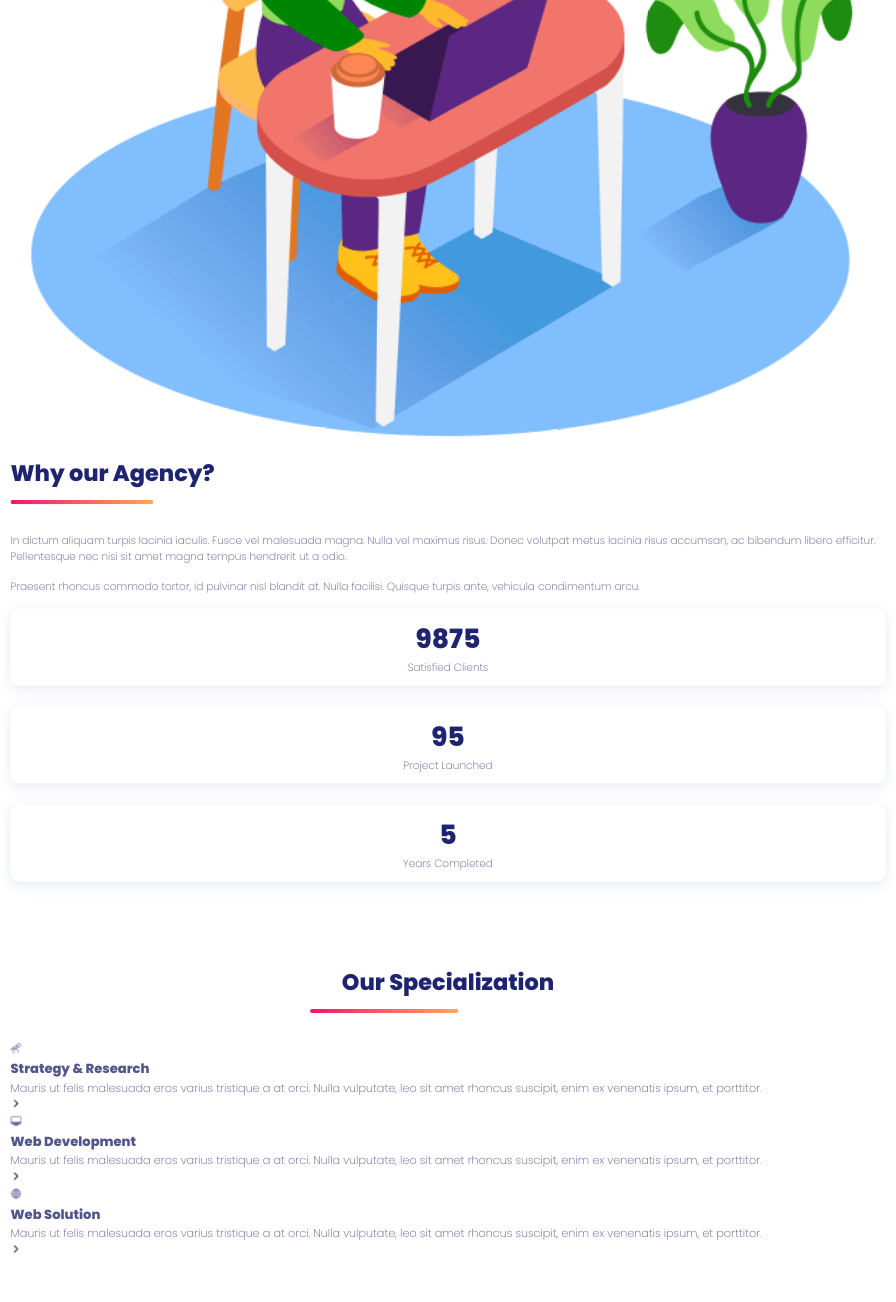
Repository: OmniaRafat232111121/agency
Page: index.html
These files come from the project's save history. The page is drawn as it stood at one moment and after a run of saves; the edit follows.
The browser window is 1280 px wide. The pictures show the part of the page from y = 1765 to 3685 px (the page is 3625 px tall before and 3685 px after), at 70% of full size.

Above is the page before, as saved 2022-10-28 23:25:46.

After the next 19 saves:
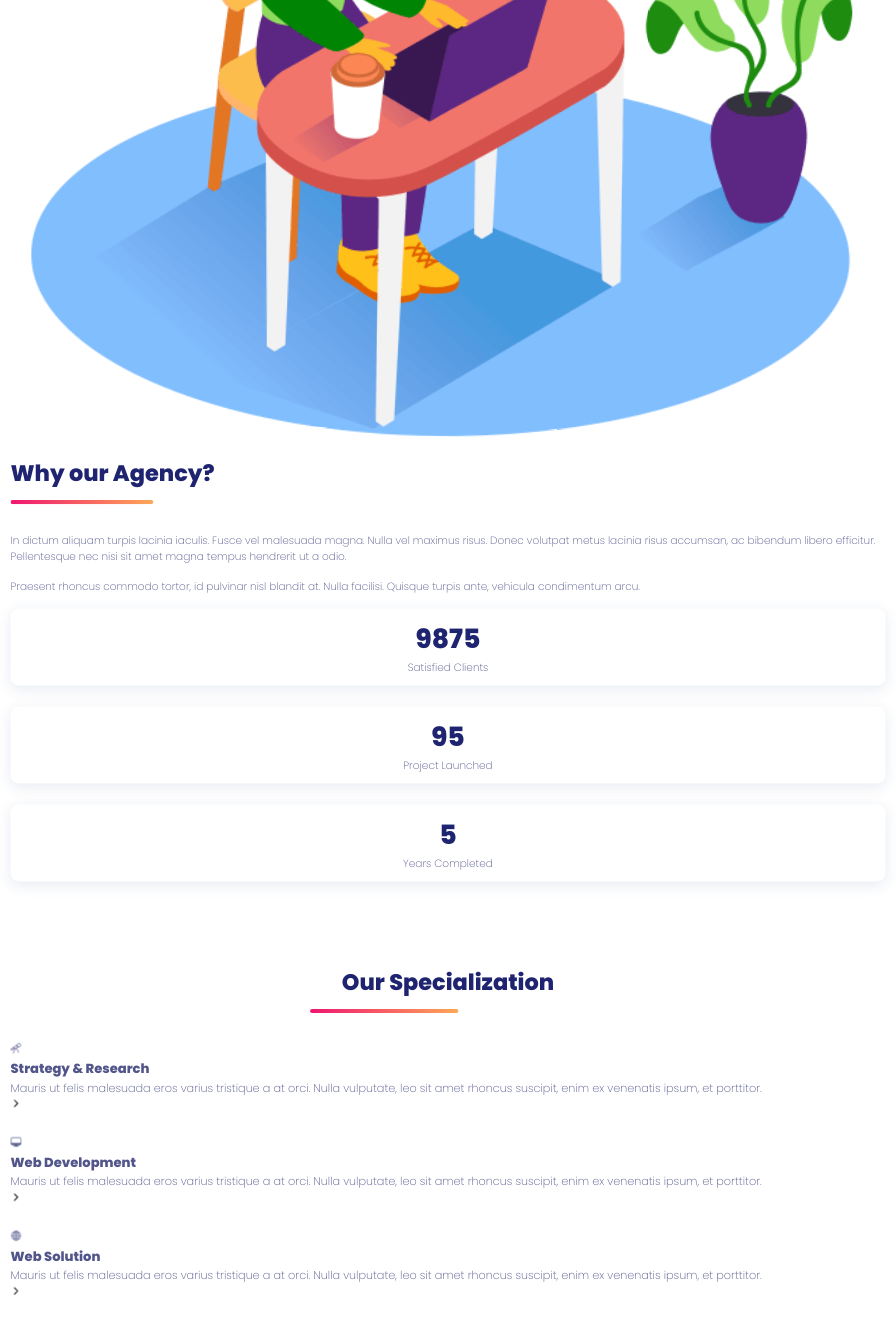
The 19 saves are shown as one change because they came seconds apart.
The last was saved 26 s later.
--- a/assets/css/style.css
+++ b/assets/css/style.css
@@ -379,3 +379,8 @@ body{
 }
 
 .stats-text { font-size: var(--fs-8); }
+
+.service-list{
+  display:grid;
+  gap:30px;
+}
